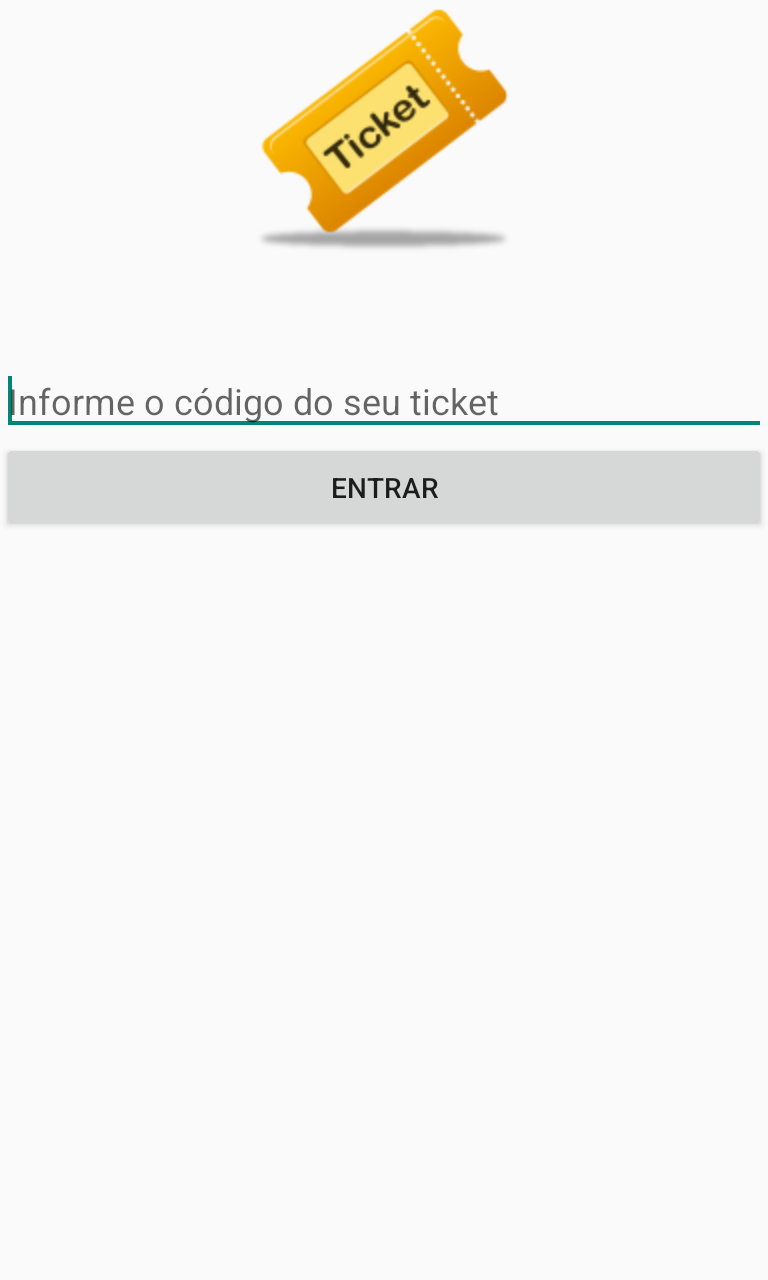
Repository: anzileiro/iot-mobilecup
Layout: iCinema/res/layout/activity_login.xml
These files come from the project's save history. The layout is drawn as it stood at one moment and after the next save; the edit follows.
It is drawn on a 768 x 1280 px phone screen (xhdpi) without system bars, with theme AppTheme; the app's code is not run.

Above is the layout before, as saved 2014-10-28 17:33:49.

### iCinema/res/layout/activity_login.xml
<LinearLayout xmlns:android="http://schemas.android.com/apk/res/android"
    android:layout_width="fill_parent"
    android:layout_height="fill_parent"
    android:orientation="vertical" >

    <ImageView
        android:layout_width="wrap_content"
        android:layout_height="wrap_content"
        android:layout_gravity="center"
        android:layout_marginBottom="50dp"
        android:src="@drawable/ticket" />

    <EditText
        android:id="@+id/editText1"
        android:layout_width="match_parent"
        android:layout_height="wrap_content"
        android:ems="10"
        android:hint="Informe o código do seu ticket">

        <requestFocus />
    </EditText>

    <Button
        android:id="@+id/btnValidarTicket"
        android:layout_width="match_parent"
        android:layout_height="wrap_content"
        android:text="Entrar" />

</LinearLayout>

Loaded but not shown: iCinema/res/values/styles.xml (common file); iCinema/res/values-v11/styles.xml (common file); iCinema/res/values-v14/styles.xml (common file)

After the next save:
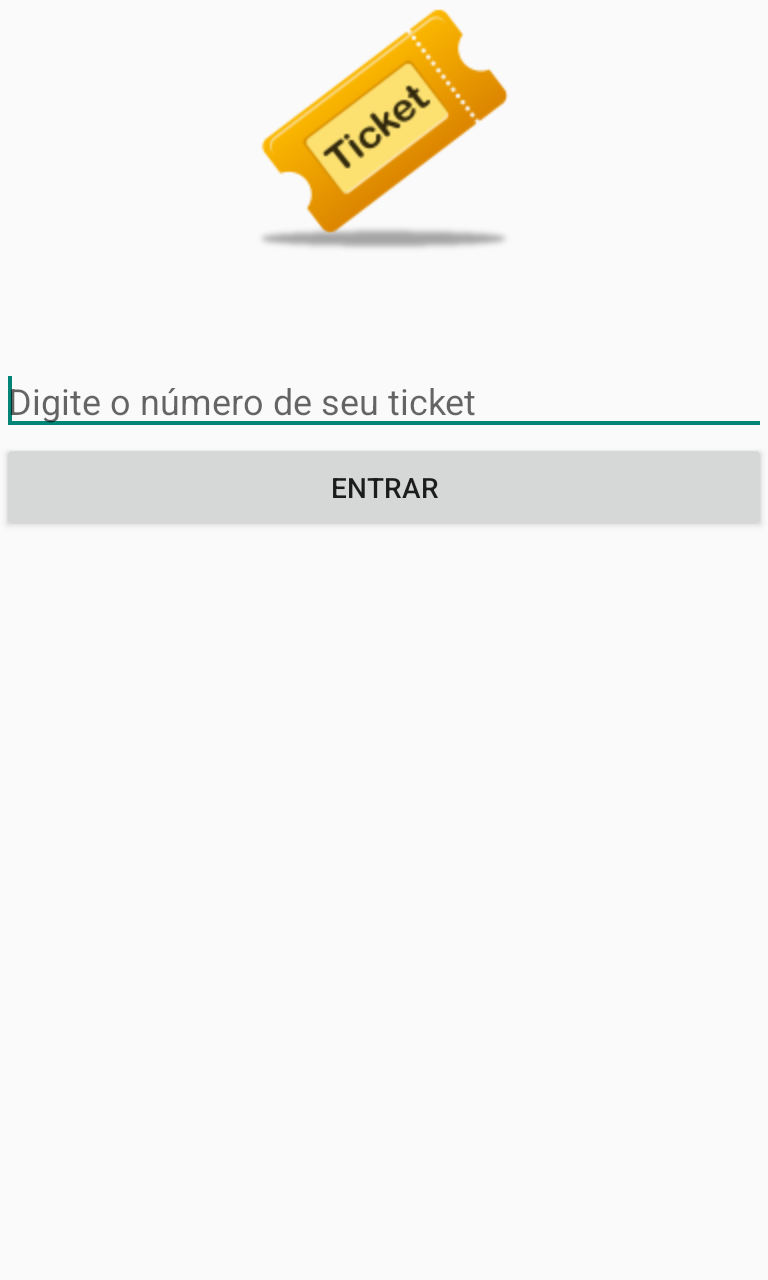
Saved 16 s later.
--- a/iCinema/res/layout/activity_login.xml
+++ b/iCinema/res/layout/activity_login.xml
@@ -15,7 +15,7 @@
         android:layout_width="match_parent"
         android:layout_height="wrap_content"
         android:ems="10"
-        android:hint="Informe o código do seu ticket">
+        android:hint="Digite o número de seu ticket">
 
         <requestFocus />
     </EditText>
